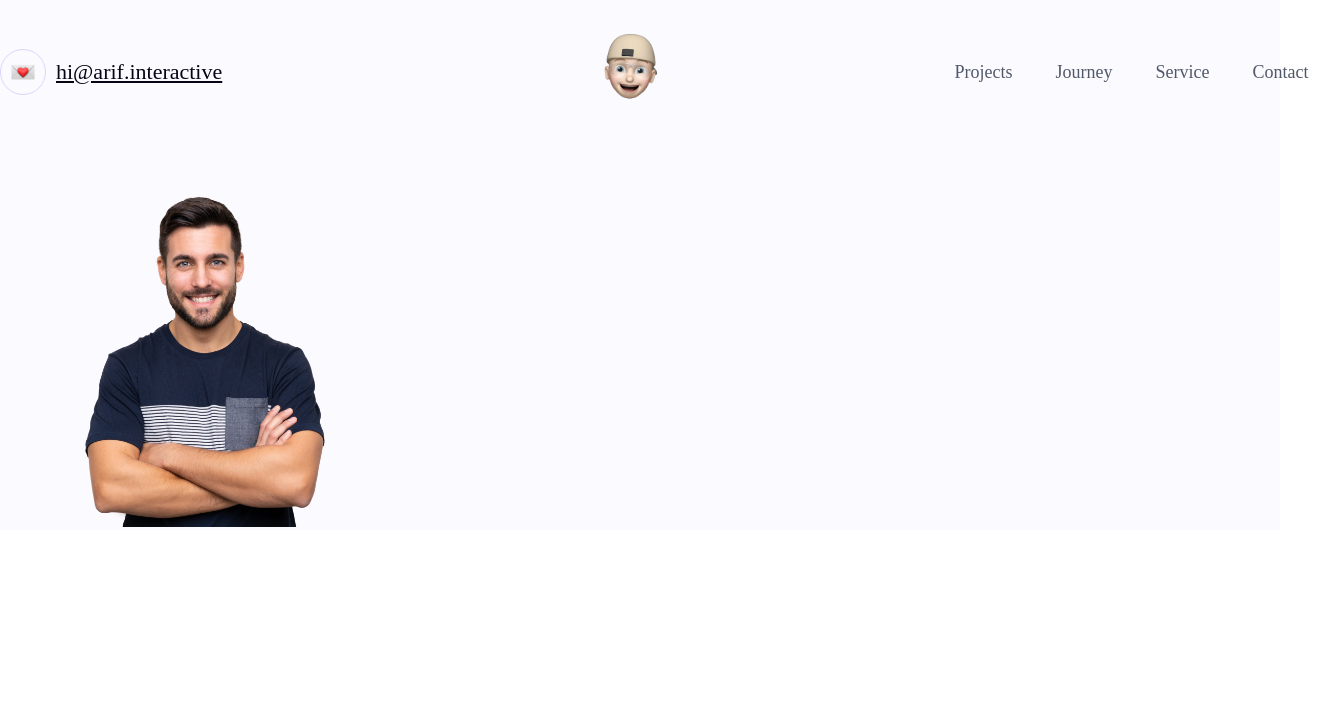
Repository: trantangtuan/project-06-grid-system12column-demo
Page: index.html
These files come from the project's save history. The page is drawn as it stood at one moment and after the next save; the edit follows.
The browser window is 1280 px wide. The page is 1330 px wide, so the pictures cover 1330 px, including what lies to the right of the window. The pictures show the whole page.

Above is the page before, as saved 2024-07-12 20:35:30.

After the next save:
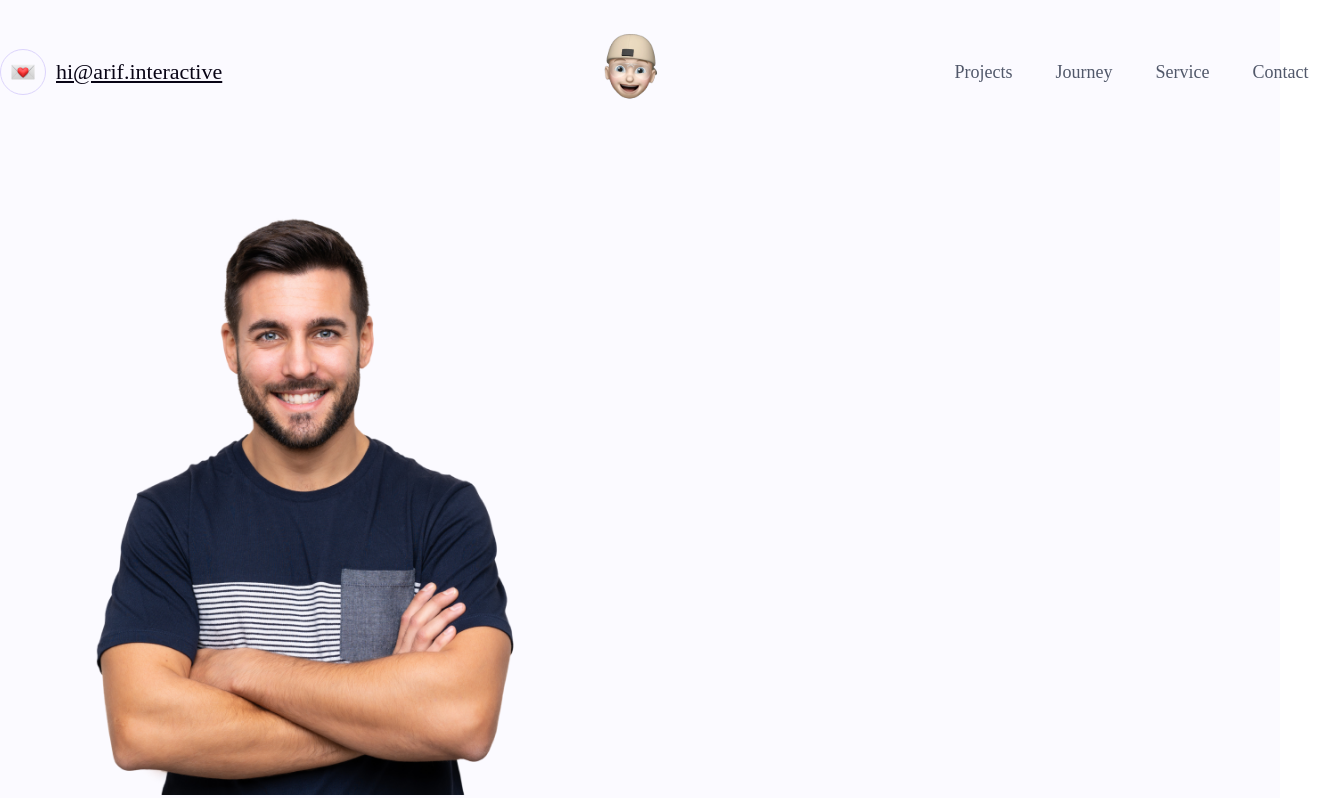
Saved 11 s later.
--- a/index.html
+++ b/index.html
@@ -58,7 +58,7 @@
         <div class="group-rectangle"></div>
         <div class="container">
           <div class="row">
-            <div class="col-lg-3">
+            <div class="col-lg-5">
               <img
                 src="./assets/img/hero-img.png"
                 alt="image hero"
